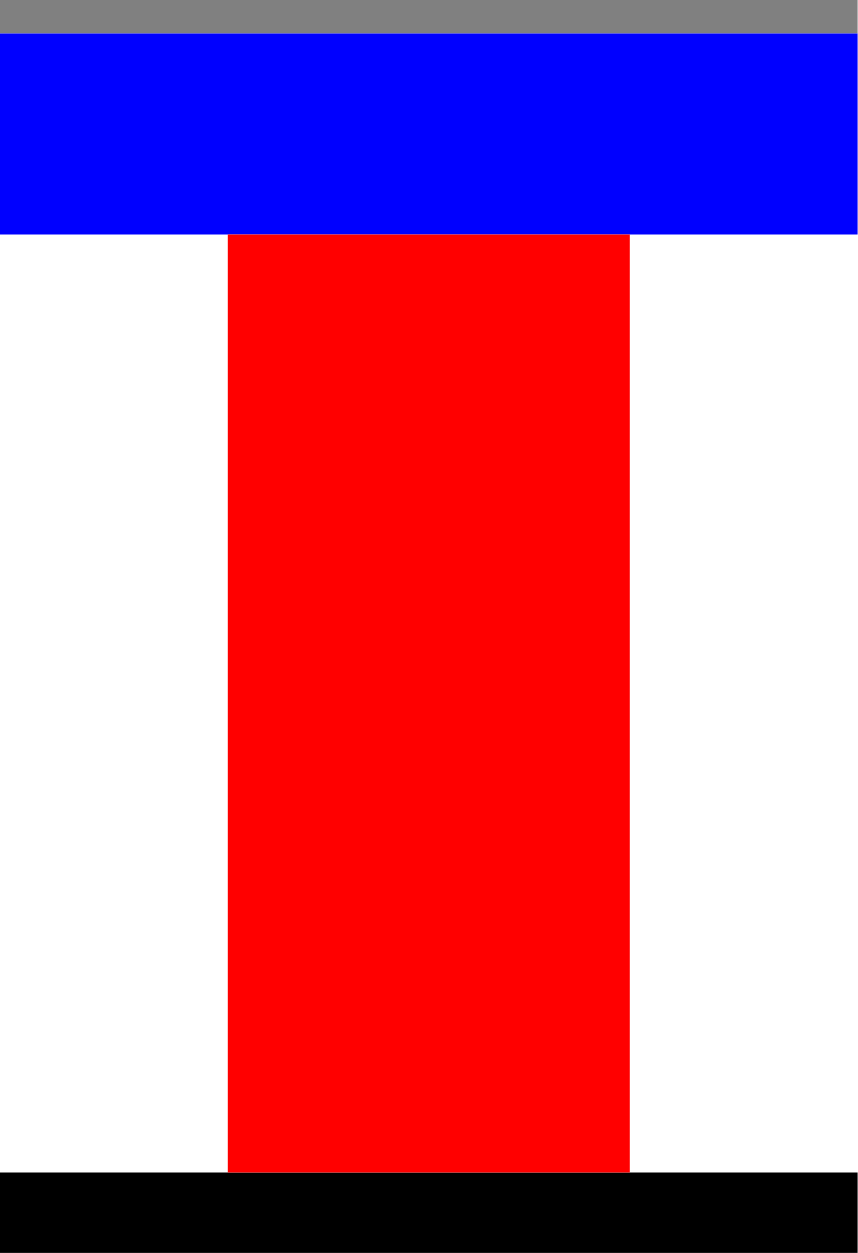
Repository: yukito7878/HTML-CSS-practice
Page: caravan/index.html
The author's editor kept a record of every edit. The page is drawn from the files as they stood at one moment, then again after the next edit.
The browser window is 1280 px wide. The pictures show the whole page, at 67% of full size.

Above is the page before.

### caravan/index.html
<!DOCTYPE html>
<html lang="ja">
  <head>
    <meta charset="UTF-8" />
    <!-- CSSファイルの読み込み -->
    <link rel="stylesheet" href="style1.css" />
    <title>CARAVAN</title>
  </head>

  <body>
    <!-- header用のdiv -->
    <div class="header"></div>

    <!-- main-visual用のdiv -->
    <div class="main-visual"></div>

    <div class="main">
      <div class="blog"></div>
    </div>

    <div class="footer"></div>

  </body>
</html>

### caravan/style1.css
*{
  box-sizing: border-box;
  margin: 0;
  padding: 0;
}

.header{
  width: 100%;
  height: 50px;
  background-color: gray;
}


.main-visual{
  width: 100%;
  height: 300px;
  background-color: blue;
}

.main{
  width: 840px;
  display: flex;
  justify-content: center;
  margin: 0 auto;
}

.blog{
  width: 600px;
  height: 1400px;
  background-color: red;
}

.sidebar{
  width: 240px;
  height: 1400px;
  background-color: silver;
}
.footer{
  width: 100%;
  height: 120px;
  background-color: black;
}

After the next edit:
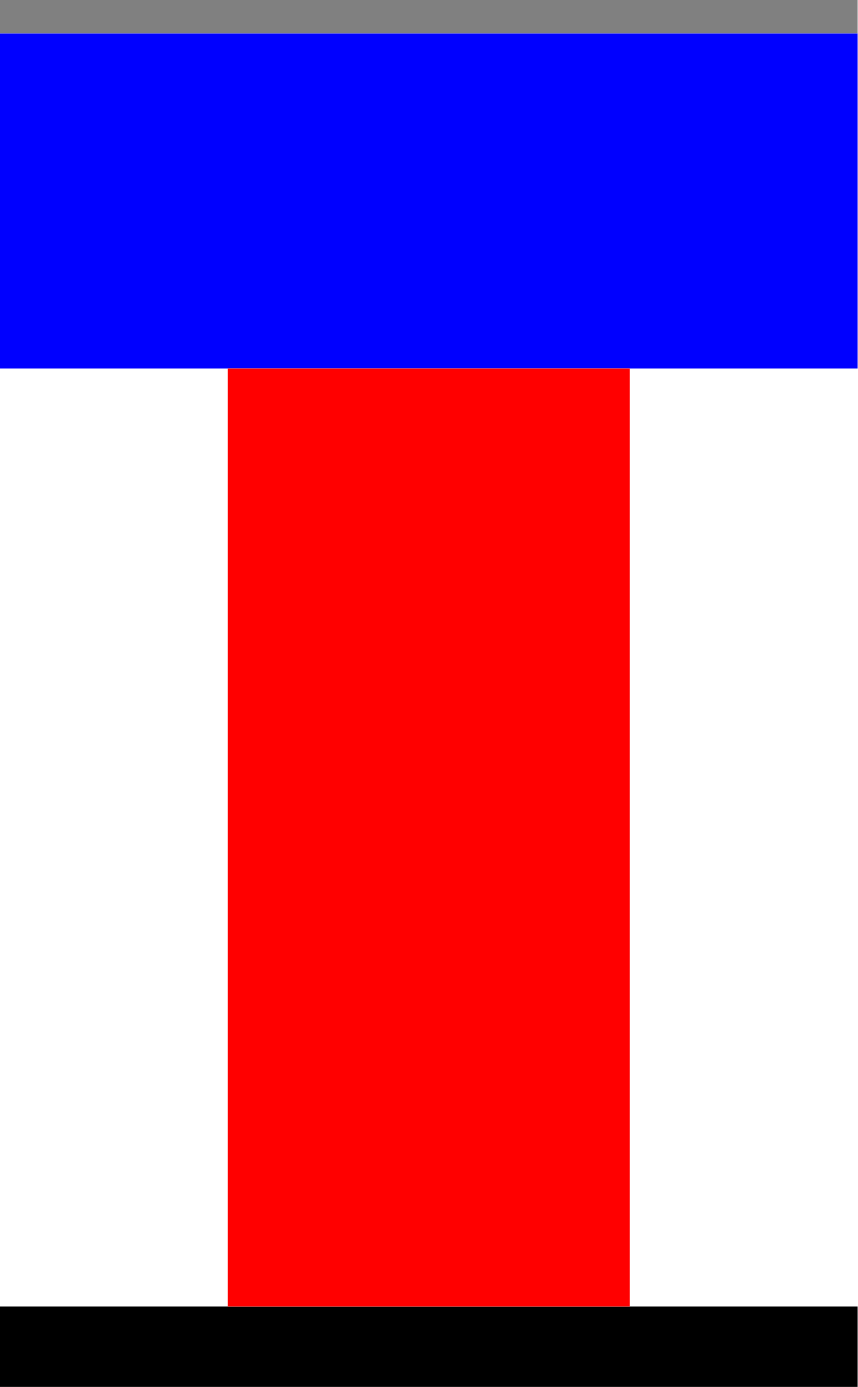
The edit:
--- a/caravan/style1.css
+++ b/caravan/style1.css
@@ -13,7 +13,7 @@
 
 .main-visual{
   width: 100%;
-  height: 300px;
+  height: 500px;
   background-color: blue;
 }
 
